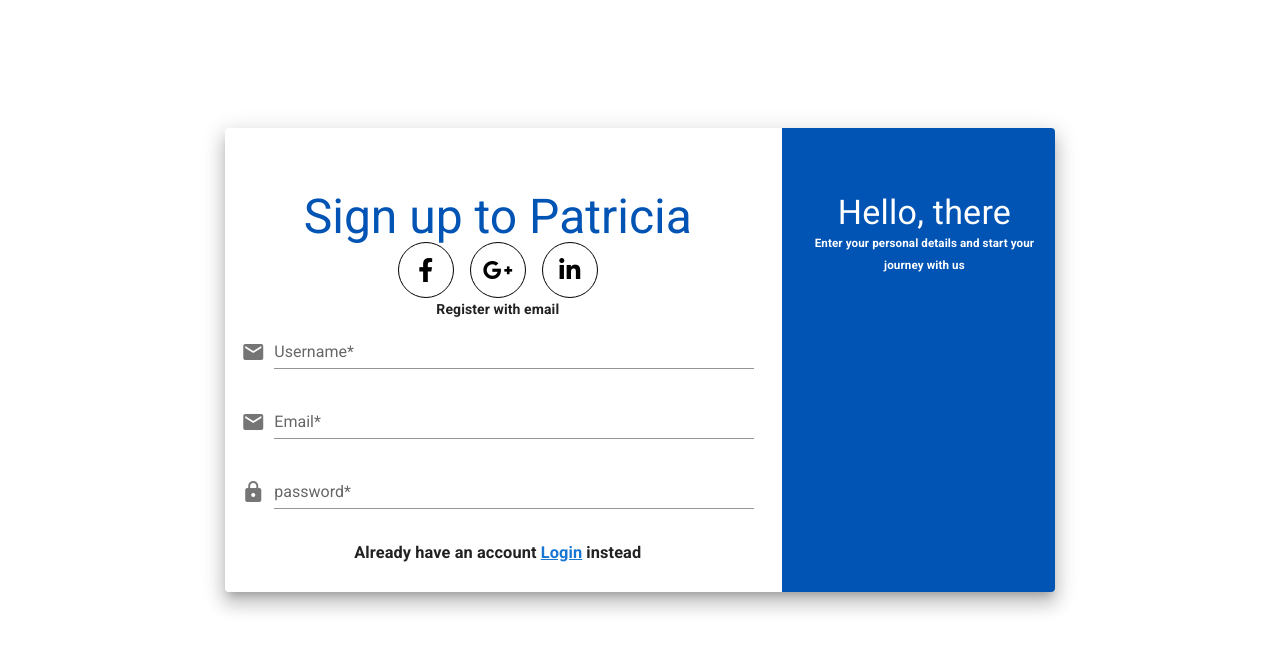
Repository: akinsikuoluwafemi/Pats_userAuth
Page: /signup
An editor plug-in stored every save of this project. The page is shown before and after a run of saves, followed by the edit.
The browser window is 1280 px wide. The pictures show the whole page.
The project was rebuilt for these pictures with package versions that can differ from the ones it lists, and the page was loaded fresh each time. Also part of the build but not shown: vue.config.js, src/views/Login.vue, src/views/UserInfo.vue.

Above is the page before, as saved 2020-11-05 22:04:25.

### src/main.js
import Vue from 'vue'
import App from './App.vue'
import router from './router'
import vuetify from './plugins/vuetify';
import store from './store';

Vue.config.productionTip = false

new Vue({
  store,
  router,
  vuetify,
  render: h => h(App)
}).$mount('#app')

### src/App.vue
<template>
  <v-app>


    <v-main>
      <router-view></router-view>
    </v-main>
  </v-app>
</template>

<script>

export default {
  name: 'App',

  components: {

},

  data: () => ({
    //
  }),
};
</script>

### src/router/index.js
import Vue from 'vue'
import VueRouter from 'vue-router'
// import Home from '../views/Home.vue'
import Login from '../views/Login.vue'
import Signup from "../views/Signup.vue";
import UserInfo from "../views/UserInfo.vue";


Vue.use(VueRouter)

const routes = [
  {
    path: "/",
    name: "Userinfo",
    component: UserInfo,
    meta: {
      requiresAuth: true,
    },
  },
  {
    path: "/login",
    name: "Login",
    component: Login

  },

  {
    path: "/signup",
    name: "Signup",
    component: Signup,
  },

  {
    path: "/userinfo",
    // name: "Userinfo",
    // component: UserInfo,
  },
  {
    path: "/about",
    name: "About",
    // route level code-splitting
    // this generates a separate chunk (about.[hash].js) for this route
    // which is lazy-loaded when the route is visited.
    component: () =>
      import(/* webpackChunkName: "about" */ "../views/About.vue"),
  },
];

const router = new VueRouter({
  mode: 'history',
  base: process.env.BASE_URL,
  routes
})



export default router

### src/plugins/vuetify.js
import "@fortawesome/fontawesome-free/css/all.css"
import 'material-design-icons-iconfont/dist/material-design-icons.css'
import Vue from 'vue';
import Vuetify from 'vuetify/lib';

Vue.use(Vuetify);

export default new Vuetify({
    icons: {
        iconfont: 'md' || 'fa'
    }
});

### src/store/index.js
import Vuex from 'vuex';
import Vue from 'vue';
import auth from './modules/auth';


// Load Vuex
Vue.use(Vuex);


// create store
export default new Vuex.Store({
    modules: {
        auth
    }
});

### src/views/Signup.vue
<template>
  <v-app>
    <v-content>
      <v-container class="fill-height" fluid>
        <v-row align="center" justify="center">
          <v-col cols="12" sm="8" md="8">
            <v-card class="elevation-12">
              <v-window v-model="stop">
                <v-window-item :value="1">
                  <v-row>
                    <v-col cols="12" md="8">
                      <v-card-text class="mt-12">
                        <h1
                          class="text-center display-2"
                          v-bind:style="{ color: '#0153B4' }"
                        >
                          Sign up to Patricia
                        </h1>
                        <div class="text-center" mt-4>
                          <v-btn class="mx-2" fab color="black" outlined>
                            <v-icon>fab fa-facebook-f</v-icon>
                          </v-btn>
                          <v-btn class="mx-2" fab color="black" outlined>
                            <v-icon>fab fa-google-plus-g</v-icon>
                          </v-btn>
                          <v-btn class="mx-2" fab color="black" outlined>
                            <v-icon>fab fa-linkedin-in</v-icon>
                          </v-btn>
                        </div>
                        <h4 class="text-center mlt-4">Register with email</h4>
                        <v-form @submit.prevent="handleSignup" id="check-login-form">
                          <v-text-field
                            v-model="username"
                            required

                            label="Username*"
                            name="username"
                            prepend-icon="email"
                            type="text"
                            v-bind:style="{ color: '#0153B4' }"
                          />

                          <v-text-field
                          v-model="email"
                            required

                            label="Email*"
                            name="Email"
                            prepend-icon="email"
                            type="text"
                            v-bind:style="{ color: '#0153B4' }"
                          />

                            <v-text-field
                            v-model="password"
                            required
                            id="password"
                            label="password*"
                            name="Password"
                            prepend-icon="lock"
                            type="password"
                            v-bind:style="{ color: '#0153B4' }"
                          />

                        <h3 class="text-center mt-3">
                          Already have an account
                          <router-link to="/login"> Login</router-link> instead
                        </h3>


                        </v-form>


                      </v-card-text>
                      <div class="text-center mt-3">

                      </div>
                    </v-col>
                    <v-col
                      cols="12"
                      md="4"
                      class=""
                      v-bind:style="{ background: '#0153B4' }"
                    >
                      <v-card-text class="white--text mt-12">
                        <h1 class="text-center display-1">Hello, there</h1>
                        <h5 class="text-center">
                          Enter your personal details and start your journey
                          with us
                        </h5>
                      </v-card-text>
                      <div class="text-center">
                        <!-- <v-btn
                        rounded
                        dark
                        v-bind:style="{ background: '#fff', color: '#0153B4' }"


                        >
                          SIGN UP
                        </v-btn> -->
                      </div>
                    </v-col>
                  </v-row>
                </v-window-item>

              </v-window>
            </v-card>
          </v-col>
        </v-row>
      </v-container>
    </v-content>
  </v-app>
</template>
<script>
export default {
  data: () => ({
    email: '',
    password: '',
    username: '',
    authPassword: 'password',
    userArr: []
  }),
  props: {
    source: String
  },
  methods: {
       handleSignup: function() {
         let user = {
        email: this.email,
        password: this.password,
        username: this.username
      }

      localStorage.setItem('user', JSON.stringify(user))
      this.addUser(user)
      localStorage.setItem('allUsers', JSON.stringify(this.userArr))

      alert('you have successfully Signed in')
      this.$router.push('/')
      window.location.reload(true)

      this.email = "",
      this.password = "",
      this.username = ""
      alert(JSON.stringify(this.userArr))


    },
    addUser: function(entry){
      return this.userArr.push(entry)
    }
  }
}
</script>

### src/store/modules/auth.js
const state = {
    users: []
}

const getters = {
    allUsers: (state) => state.users
}

const actions = {}

const mutations = {}


export default {
  state,
  getters,
  actions,
  mutations,
};

Loaded but not shown: public/index.html (common file)

After the next 2 saves:
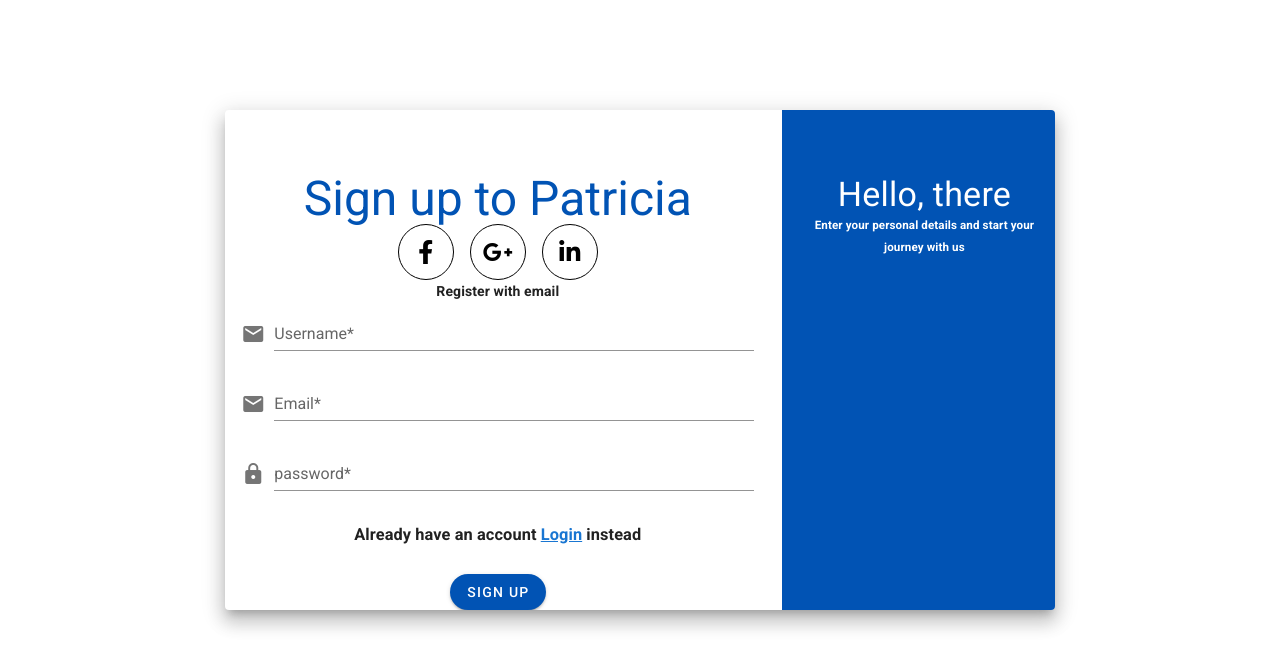
The 2 saves are shown as one change because they came seconds apart.
The last was saved 25 s later.
--- a/src/views/Signup.vue
+++ b/src/views/Signup.vue
@@ -73,7 +73,15 @@
 
                       </v-card-text>
                       <div class="text-center mt-3">
+                         <v-btn
+                         type="submit"
+                         form="check-login-form"
+                          rounded
+                          v-bind:style="{ background: '#0153B4' }"
+                          dark
+                          >Sign Up
 
+                          </v-btn>
                       </div>
                     </v-col>
                     <v-col
